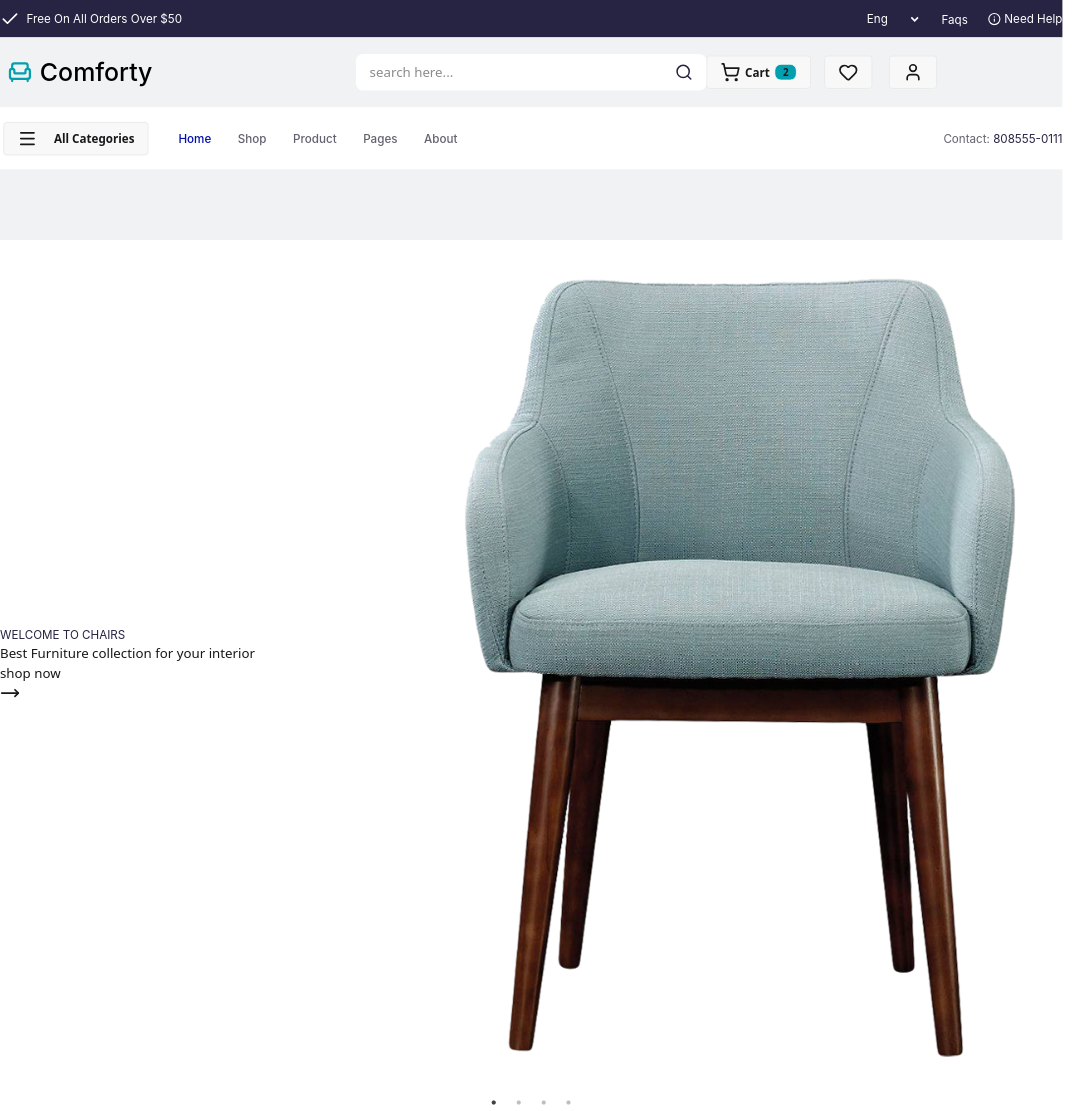
Repository: Neda0o0/store-template-website
Page: /
An editor plug-in stored every save of this project. The page is shown before and after the next save, followed by the edit.
The browser window is 1280 px wide. The page is 1305 px wide, so the pictures cover 1305 px, including what lies to the right of the window. The pictures show the whole page, at 83% of full size.
The project was rebuilt for these pictures with package versions that can differ from the ones it lists, and the page was loaded fresh each time. Also part of the build but not shown: vite.config.js, src/Pages/Auth/Auth.jsx, src/Pages/Auth/Login/Login.jsx, src/Pages/Auth/Register/Register.jsx, src/Pages/Error/Error.jsx, src/AuthCheck/AuthCheck.jsx.

Above is the page before, as saved 2025-10-21 17:48:20.

After the next save:
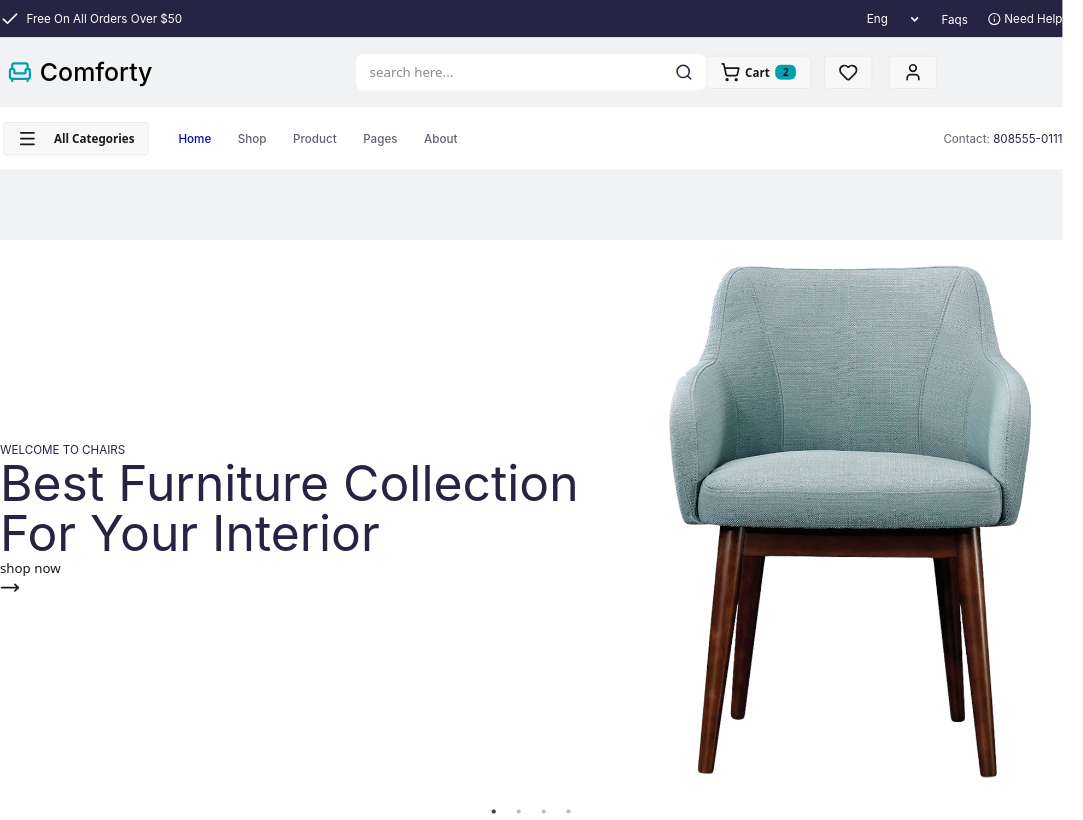
Saved 94 s later.
--- a/src/components/Banner/Banner.jsx
+++ b/src/components/Banner/Banner.jsx
@@ -45,10 +45,12 @@ const Banner = () => {
             <div key={product?.id} className="banner_slide_item">
               {/* banner text */}
               <div className="banner_text">
-                <p className="text-sm font-inter text-[#272343] uppercase">
+                <p className="text-sm font-inter font-normal text-[#272343] uppercase">
                   {product?.subTitle}
                 </p>
-                <h3>{product?.title}</h3>
+                <h3 className="text-6xl text-[#272343] font-inter capitalize">
+                  {product?.title}
+                </h3>
                 <button>
                   shop now <MoveRight />
                 </button>
